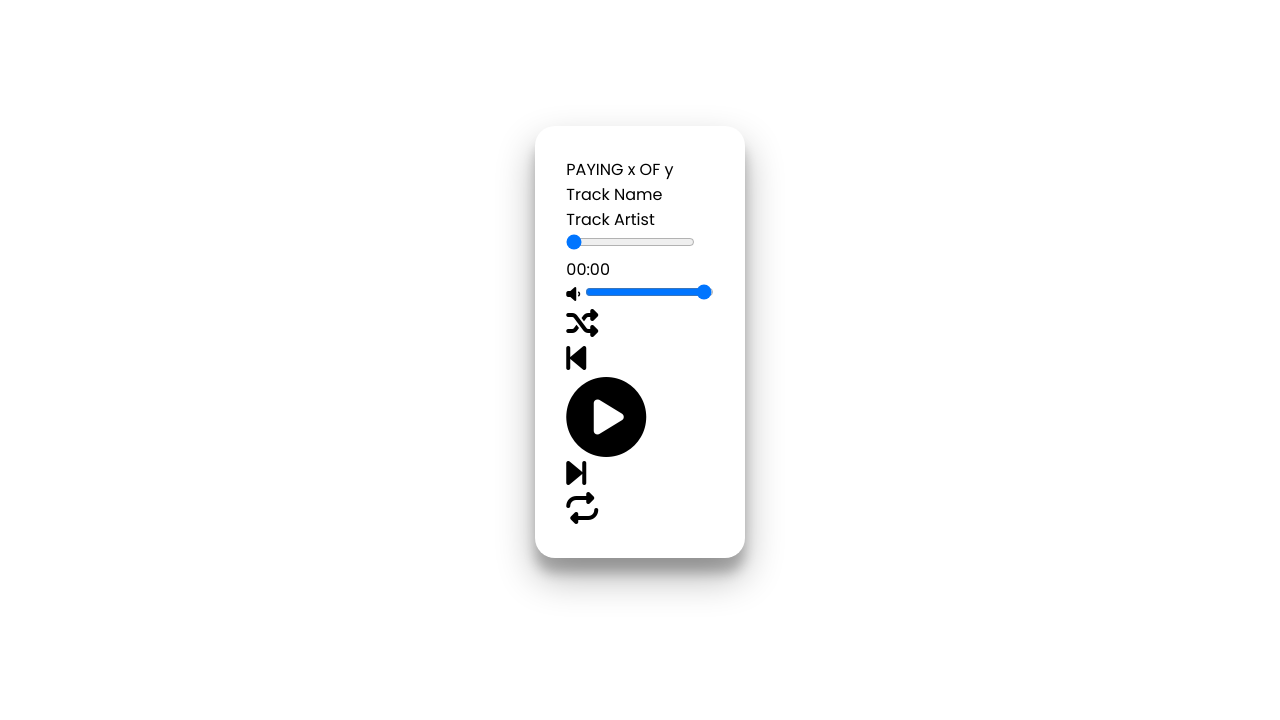
Repository: NguyenVietPhuQuy/Javascript-AudioPlayer
Page: index.html
The author's editor kept a copy of each file at every save. The page is drawn from the files as they stood at one save, then again after the next save.
The browser window is 1280 px wide. The pictures show the whole page.

Above is the page before, as saved 2022-11-09 08:22:01.

### index.html
<!DOCTYPE html>
<html lang="en">
<head>
    <meta charset="UTF-8">
    <meta http-equiv="X-UA-Compatible" content="IE=edge">
    <meta name="viewport" content="width=device-width, initial-scale=1.0">
    <title>Music Player</title>
    <!--Font-Awesome-->
    <link rel="stylesheet" href="https://cdnjs.cloudflare.com/ajax/libs/font-awesome/6.2.0/css/all.min.css">
    <!--Css-->
    <link rel="stylesheet" href="index.css">
</head>
<body>
    <div class="player">
        <div class="wrapper">
            <div class="details">
                <div class="now-playing">PAYING x OF y</div>
                <div class="track-art"></div>
                <div class="track-name">Track Name</div>
                <div class="track-artist">Track Artist</div>
            </div>

            <div class="slider_container">
                <div class="current-time"></div>
                <input type="range" min="1" max="100" value="0"
                class="seek_slider" onchange="seekTo()">
                <div class="total-duration">00:00</div>
            </div>

            <div class="slider_container">
                <i class="fa fa-volume-down"></i>
                <input type="range" min="1" max="100" value="99"
                class="volume_slider" onchange="setVolume()">
            </div>

            <div class="buttons">
                <div class="random-track">
                    <i class="fas fa-random fa-2x" title="random"
                    onclick="randomTrack()"></i>
                </div>

                <div class="prev-track">
                    <i class="fas fa-step-backward fa-2x"
                    onclick="prevTrack()"></i>
                </div>

                <div class="playerpause-track">
                    <i class="fas fa-play-circle fa-5x"
                    onclick="playPauseTrack()"></i>
                </div>

                <div class="next-track">
                    <i class="fas fa-step-forward fa-2x"
                    onclick="nextTrack()"></i>
                </div>

                <div class="repeat-track">
                    <i class="fas fa-repeat fa-2x" title="repeat"
                    onclick="repeatTrack()"></i>
                </div>
            </div>

            <div id="wave">
                <span class="stroke"></span>
                <span class="stroke"></span>
                <span class="stroke"></span>
                <span class="stroke"></span>
                <span class="stroke"></span>
                <span class="stroke"></span>
                <span class="stroke"></span>
            </div>
        </div>
    </div>
    <!--Main-->
    <script src="index.js"></script>
</body>
</html>

### index.css
/*Font Google and base*/
@import url('https://fonts.googleapis.com/css2?family=Poppins&display=swap');
*{
    font-family: 'Poppins',sans-serif;
    box-sizing: border-box;
    margin: 0 auto;
}
img{
    width: 100%;
}
/*Main*/
.player{
    height: 95vh;
    display: flex;
    align-items: center;
    flex-direction: column;
    justify-content: center;
}
.wrapper{
    border: 1px solid transparent;
    padding: 30px;
    border-radius: 20px;
    box-shadow: rgba(0, 0, 0, 0.3) 0 19px 38px, rgba(0, 0, 0, 0.22) 0 15px 12px
}

Loaded but not shown: index.js (no copy from this time; the picture is the same without it)

After the next save:
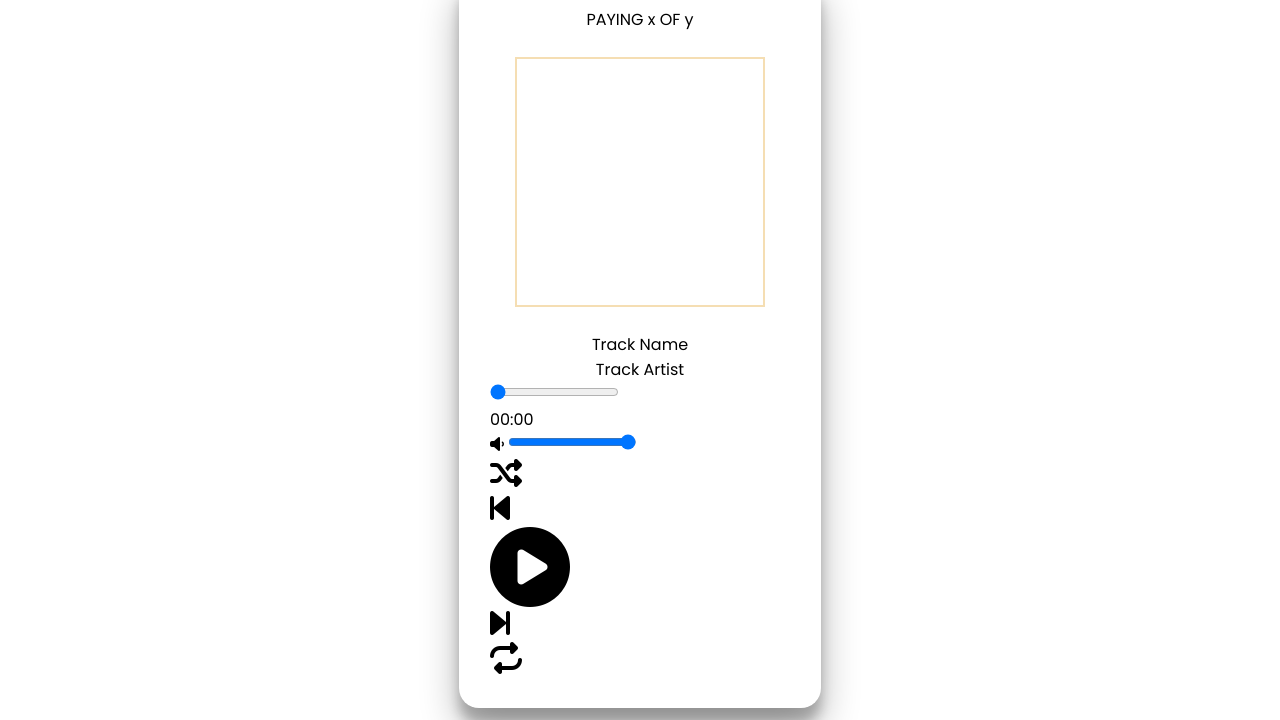
Saved 3 min 53 s later.
--- a/index.css
+++ b/index.css
@@ -22,3 +22,17 @@ img{
     border-radius: 20px;
     box-shadow: rgba(0, 0, 0, 0.3) 0 19px 38px, rgba(0, 0, 0, 0.22) 0 15px 12px
 }
+.details{
+    display: flex;
+    align-items: center;
+    flex-direction: column;
+    justify-content: center;
+}
+.track-art{
+    margin: 25px;
+    height: 250px;
+    width: 250px;
+    border: 2px solid wheat;
+    background-size: cover;
+    background-position: center;
+}
